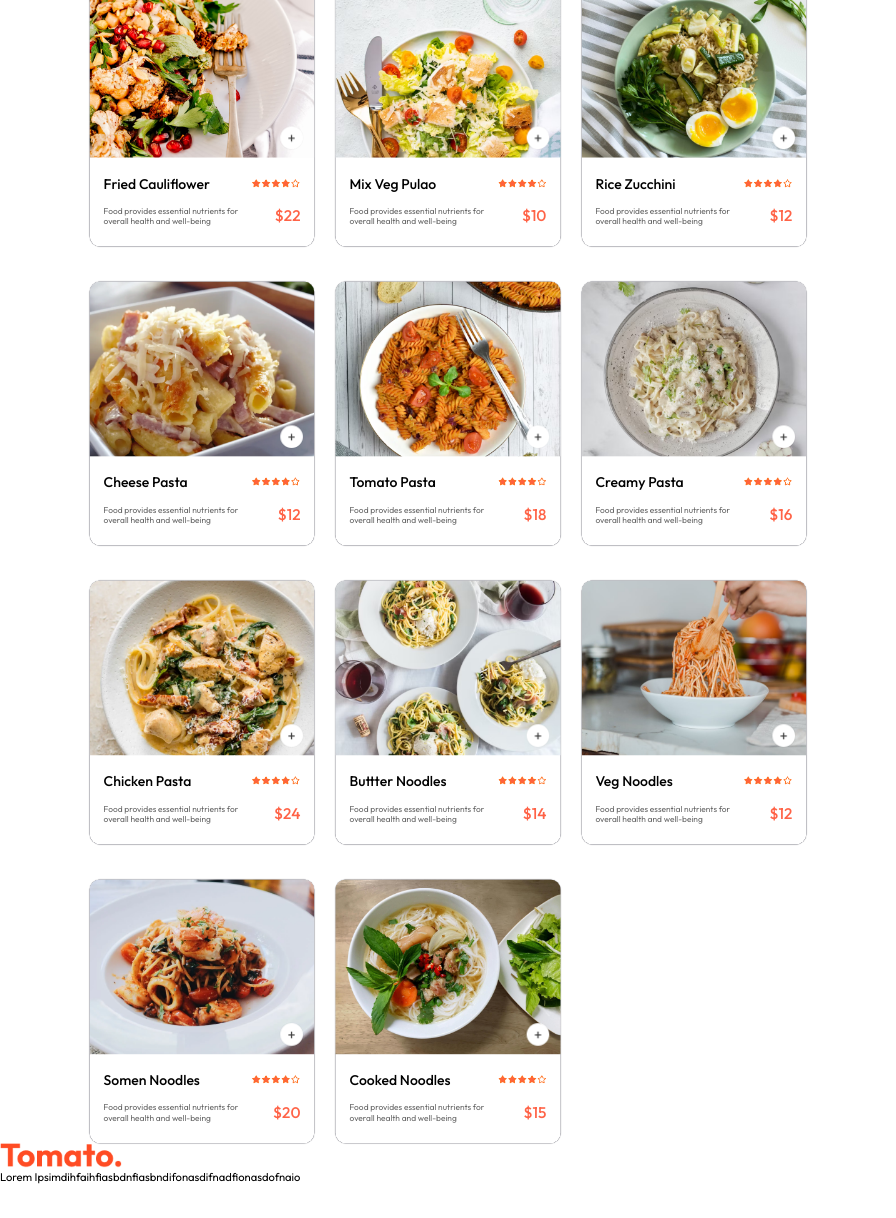
Repository: guilhermecardoso93/tomato-front-end
Page: /
The author's editor kept a copy of each file at every save. The page is drawn from the files as they stood at one save, then again after the next save.
The browser window is 1280 px wide. The pictures show the part of the page from y = 4005 to 5925 px (the page is 5745 px tall before and 5925 px after), at 70% of full size.
The project was rebuilt for these pictures with package versions that can differ from the ones it lists, and the page was loaded fresh each time. Also part of the build but not shown: vite.config.js, src/pages/Cart/styles.css, src/pages/Cart/index.jsx, src/pages/PlaceOrder/styles.css, src/pages/PlaceOrder/index.jsx, src/components/Footer/styles.css.

Above is the page before, as saved 2024-10-31 18:47:57.

After the next save:
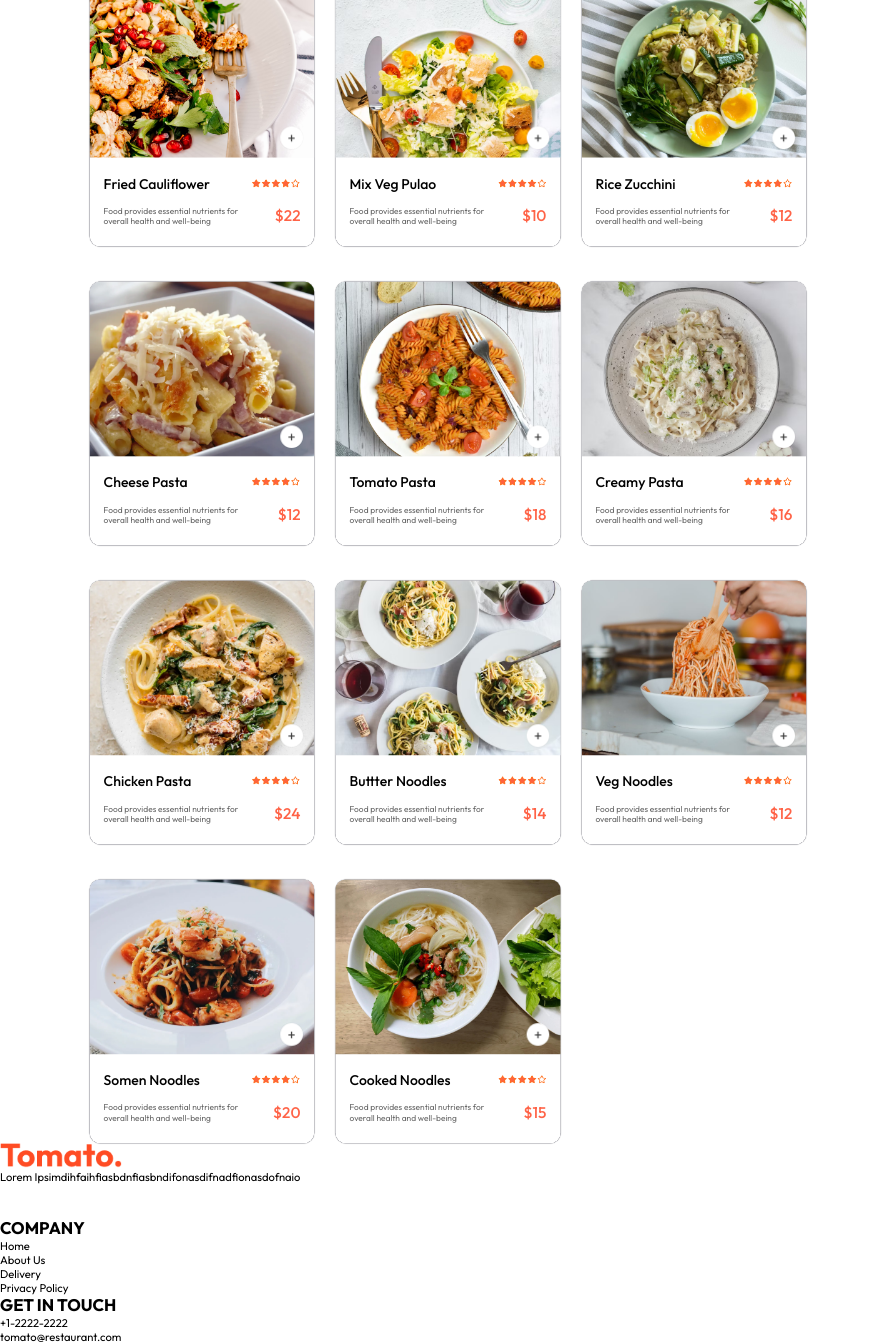
Saved 112 s later.
--- a/src/components/Footer/index.jsx
+++ b/src/components/Footer/index.jsx
@@ -14,8 +14,22 @@ export const Footer = () => {
             <img src={assets.linkedin_icon} alt="" />
           </div>
         </div>
-        <div className="footer-center"></div>
-        <div className="footer-right"></div>
+        <div className="footer-center">
+          <h2>COMPANY</h2>
+          <ul>
+            <li>Home</li>
+            <li>About Us</li>
+            <li>Delivery</li>
+            <li>Privacy Policy</li>
+          </ul>
+        </div>
+        <div className="footer-right">
+          <h2>GET IN TOUCH</h2>
+          <ul>
+            <li>+1-2222-2222</li>
+            <li>tomato@restaurant.com</li>
+          </ul>
+        </div>
       </div>
     </footer>
   );
